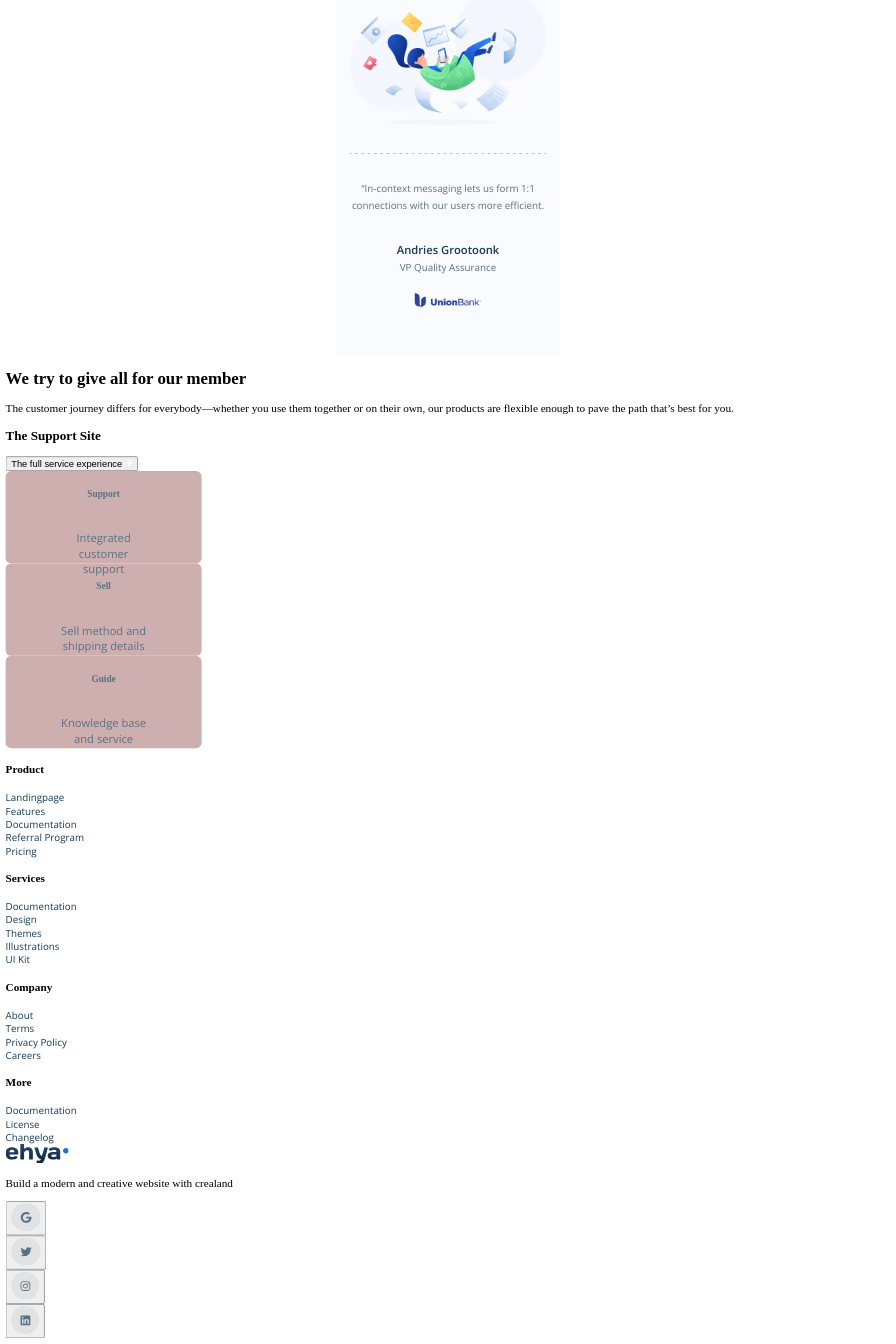
Repository: umlaufissss/provaFront
Page: HTML/index.html
These files come from the project's save history. The page is drawn as it stood at one moment and after the next save; the edit follows.
The browser window is 1280 px wide. The pictures show the part of the page from y = 2007 to 3927 px (the page is 3927 px tall), at 70% of full size.
Some web fonts or font styles are not loaded; a fallback is used.

Above is the page before, as saved 2026-06-22 19:37:26.

After the next save:
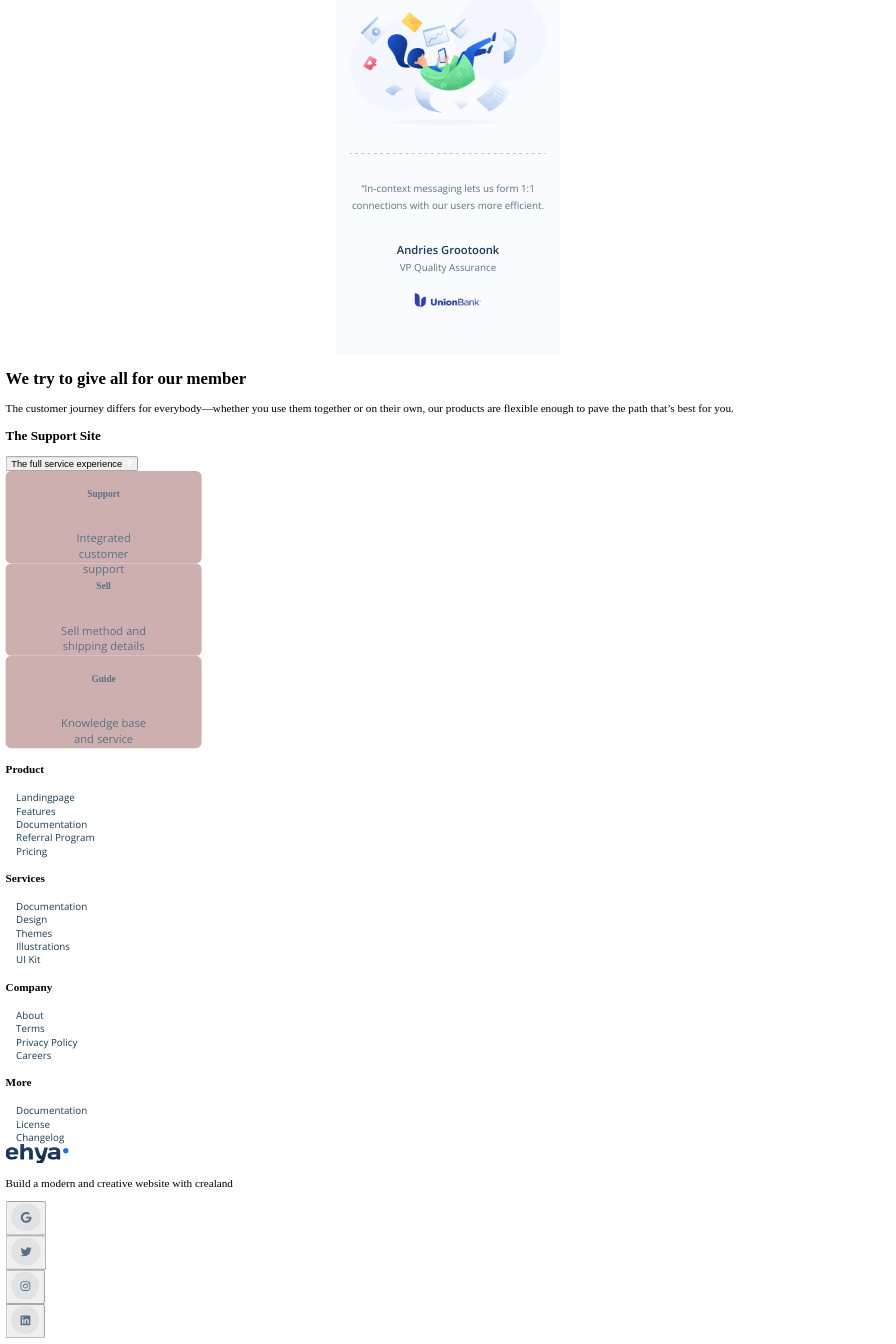
Saved 4 s later.
--- a/CSS/style.css
+++ b/CSS/style.css
@@ -9,7 +9,7 @@
     --color-steel-blue: #5A7184;
     --color-gray: #B3BAC5;
     --color-dotted-line: #9DAAB6;
-    --color-light-green: rgb(189, 241, 221);
+    --color-light-green: rgb(56, 107, 87);
 
     /*Opacidade*/
     --color-steel-blue-opacity10: rgba(179, 186, 197, 0.1);
@@ -335,7 +335,7 @@
 .cardFooter a{
     font-family: "Open Sans", sans-serif;
     font-size: 14px;
-    margin:;
+    margin:15px;
     color: var(--color-navy-blue);
     text-decoration: none;
 }
